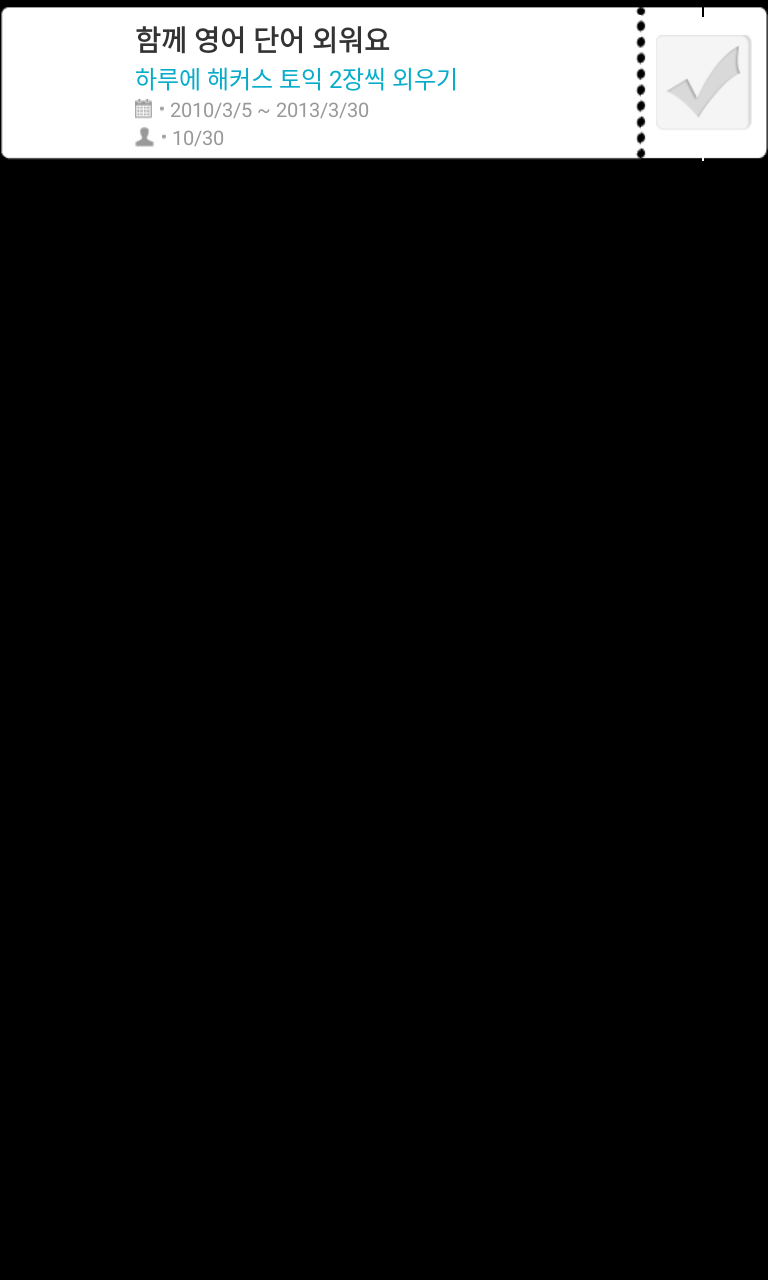
Repository: belhyun/witherest-android
Layout: Witherest/res/layout/mycheck_list_item_row.xml
The author's editor kept a copy of each file at every save. The layout is drawn from the files as they stood at one save, then again after the next save.
It is drawn on a 768 x 1280 px phone screen (xhdpi) without system bars, with theme android:Theme.Holo; the app's code is not run.

Above is the layout before, as saved 2013-07-06 09:43:28.

After the next save:
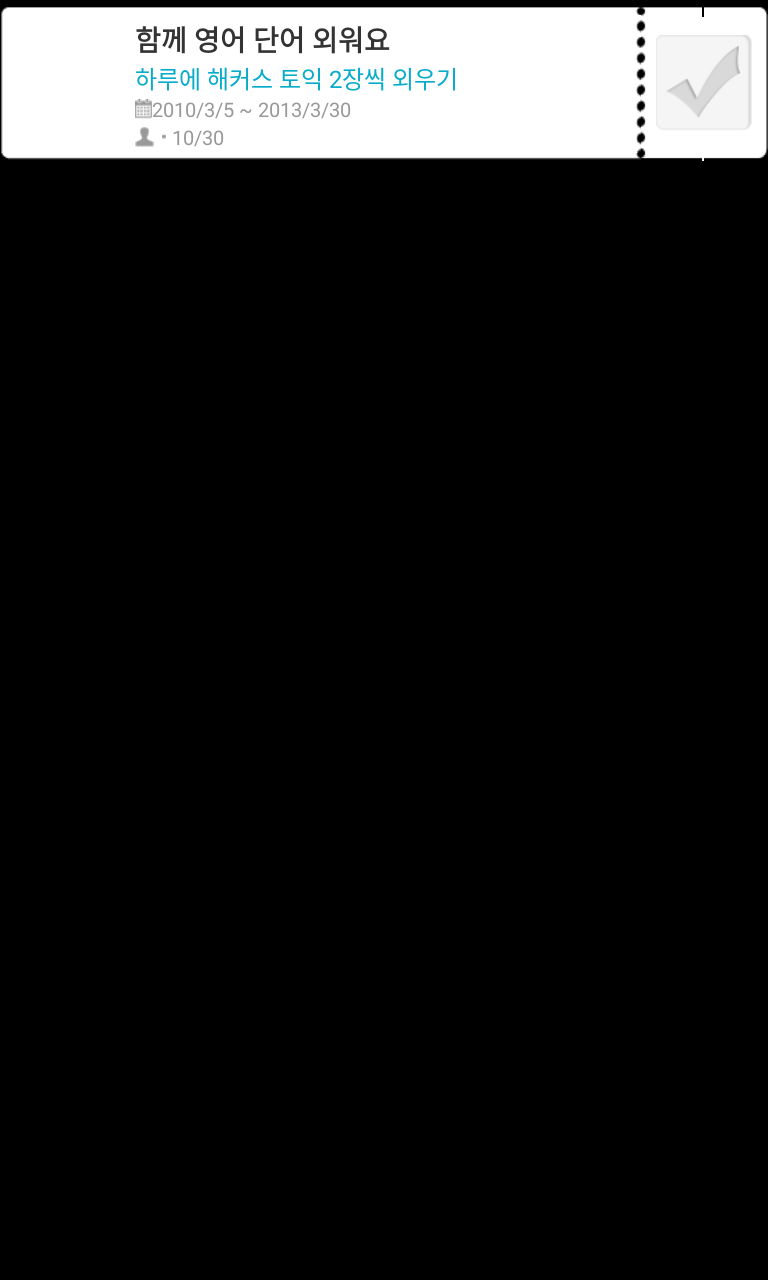
Saved 2 min 51 s later.
--- a/Witherest/res/layout/mycheck_list_item_row.xml
+++ b/Witherest/res/layout/mycheck_list_item_row.xml
@@ -70,6 +70,7 @@
                 android:layout_width="fill_parent"
                 android:layout_height="wrap_content"
                 android:layout_alignParentRight="false"
+                android:marginTop = "3dp"
                 android:layout_below="@id/mycheck_room_purpose_textview"
                 android:layout_toRightOf="@id/mycheck_row_thumbnail"
                 android:gravity="center_vertical"
@@ -80,13 +81,6 @@
                     android:layout_height="wrap_content"
                     android:src="@drawable/main_date_icon_bg" />
 
-                <ImageView
-                    android:layout_width="wrap_content"
-                    android:layout_height="wrap_content"
-                    android:layout_marginLeft="4dp"
-                    android:layout_marginRight="3dp"
-                    android:src="@drawable/main_dot_bg" />
-
                 <TextView
                     android:id="@+id/mycheck_room_team_textview"
                     android:layout_width="fill_parent"
@@ -96,6 +90,13 @@
                     android:text="2010/3/5 ~ 2013/3/30"
                     android:textColor="#999999"
                     android:textSize="10sp" />
+
+                <ImageView
+                    android:layout_width="wrap_content"
+                    android:layout_height="wrap_content"
+                    android:layout_marginLeft="4dp"
+                    android:layout_marginRight="3dp"
+                    android:src="@drawable/main_dot_bg" />
             </LinearLayout>
 
             <LinearLayout
